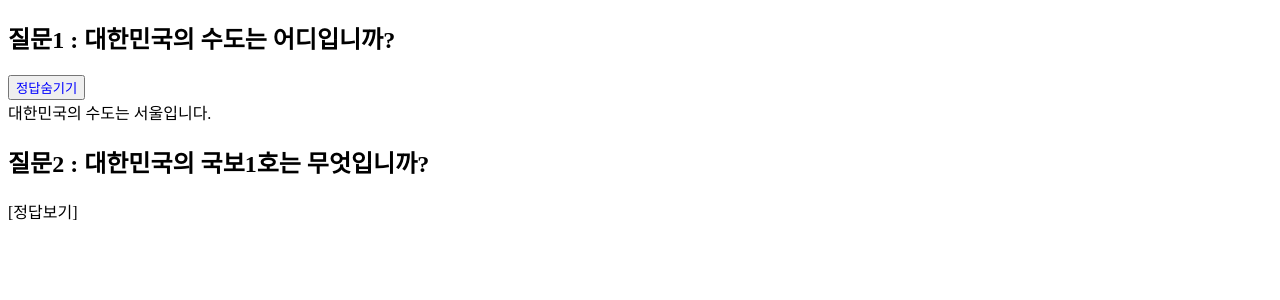
Repository: yoojisoo/YONSAI
Page: http://localhost/teatJava/html/script05.jsp
An editor plug-in stored every save of this project. The page is shown before and after the next save, followed by the edit.
The browser window is 1280 px wide. The pictures show the whole page.
After loading, the first visible `button.q1` was clicked once.
The page is served by Tomcat 9.

Above is the page before, as saved 2021-08-20 06:15:24.

### jsworkspace/teatJava/src/main/webapp/html/script05.jsp
<%@ page language="java" contentType="text/html; charset=UTF-8"
    pageEncoding="UTF-8"%>
<!DOCTYPE html>
<html>
<head>
<meta charset="UTF-8">
<title>정답보기</title>
<script src="../js/jquery-3.6.0.js"></script> <!--제이쿼리라이브러리-->
<script>
	var count1=0;
	$(document).ready(function(){
		$("ans").hide();
		$("button.q1").click(function(){
			count1++;
				if(count1%2==1){
					$("ans.q1").show();
					$("button.q1").text("정답숨기기");
					$("button.q1").css({"color":"blue"});

				}else{
					$("ans.q1").hide();
					$("button.q1").text("정답보기");
				}
		});
		$("p.q2").click(function(){
				$("ans.q2").toggle();
		});
	});
</script>
</head>
<body>
	<h2>질문1 : 대한민국의 수도는 어디입니까?</h2>
		<button class="q1">정답보기</button><br>
		<ans class="q1">대한민국의 수도는 서울입니다.</ans>


	<h2>질문2 : 대한민국의 국보1호는 무엇입니까?</h2>
		<p class="q2">[정답보기]</p>
		<ans class="q2">대한민국의 국보1호는 숭례문입니다.</ans>
</body>
</html>

Loaded but not shown: jsworkspace/teatJava/src/main/webapp/js/jquery-3.6.0.js (library)

After the next save:
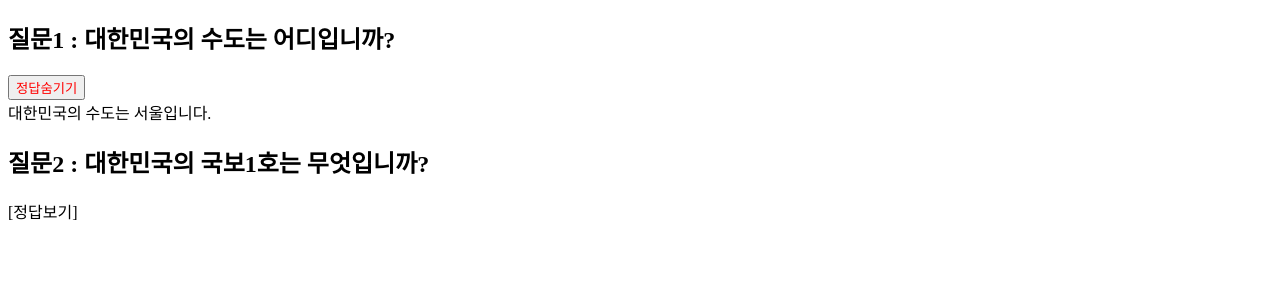
Saved 9 s later.
--- a/jsworkspace/teatJava/src/main/webapp/html/script05.jsp
+++ b/jsworkspace/teatJava/src/main/webapp/html/script05.jsp
@@ -15,7 +15,7 @@
 				if(count1%2==1){
 					$("ans.q1").show();
 					$("button.q1").text("정답숨기기");
-					$("button.q1").css({"color":"blue"});
+					$("button.q1").css({"color":"red"});
 
 				}else{
 					$("ans.q1").hide();
